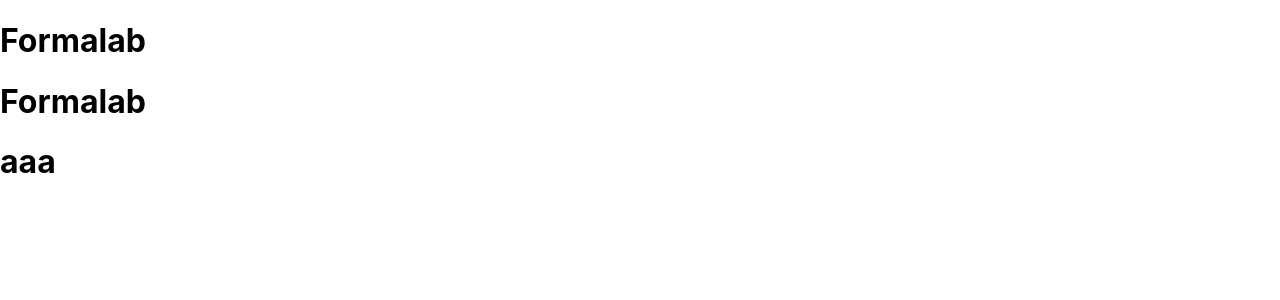
Repository: Rebaiahmed/Reactjs_training_Course_Formalab
Page: /
The author's editor kept a copy of each file at every save. The page is drawn from the files as they stood at one save, then again after the next save.
The browser window is 1280 px wide. The pictures show the whole page.
The project was rebuilt for these pictures with package versions that can differ from the ones it lists, and the page was loaded fresh each time.

Above is the page before, as saved 2019-03-03 14:48:04.

After the next save:
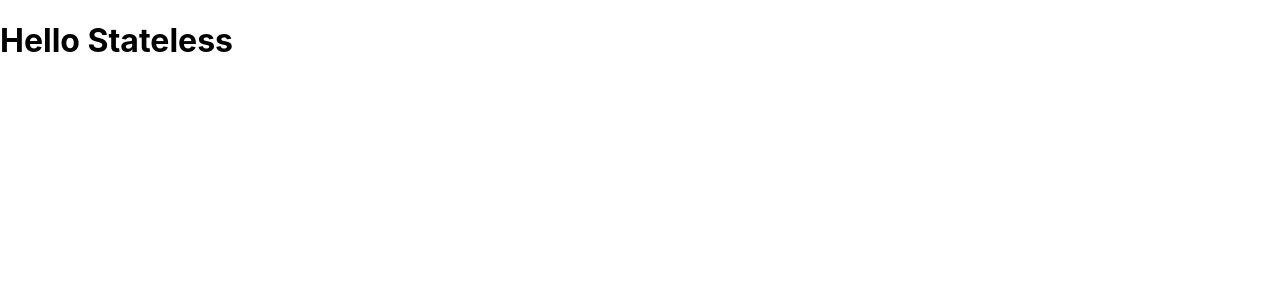
Saved 44 s later.
--- a/src/index.js
+++ b/src/index.js
@@ -14,7 +14,7 @@
 
 
 
-ReactDOM.render(<App />, document.getElementById('root'));
+ReactDOM.render(<StatelessOne />, document.getElementById('root'));
 
 // If you want your app to work offline and load faster, you can change
 // unregister() to register() below. Note this comes with some pitfalls.
